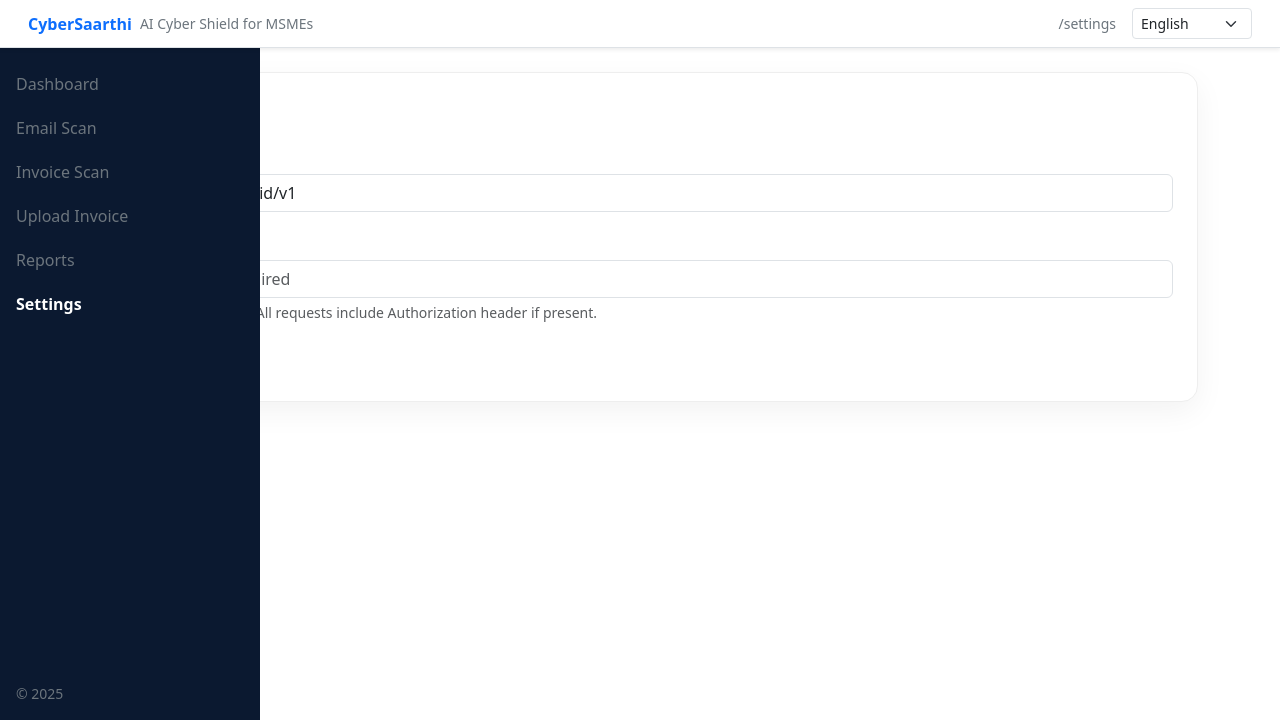
Repository: riyaaaa19/CyberSaarthi
Page: /settings (app in frontend/)
These files come from the project's save history. The page is drawn as it stood at one moment and after the next save; the edit follows.
The browser window is 1280 px wide. The pictures show the whole page.
The page's requests for data from a server got no answer. The project was rebuilt for these pictures with package versions that can differ from the ones it lists, and the page was loaded fresh each time. No one was signed in, and anything a server would have sent is missing. Also part of the build but not shown: frontend/vite.config.ts, frontend/src/components/VerdictBadge.tsx, frontend/src/pages/Dashboard.tsx, frontend/src/pages/EmailScan.tsx, frontend/src/pages/InvoiceScan.tsx, frontend/src/pages/UploadInvoice.tsx, frontend/src/pages/Reports.tsx. Imported but missing from the stored project, and not drawn on this page: frontend/src/pages/NotFound.

Above is the page before, as saved 2025-08-20 20:25:58.

### frontend/src/index.tsx
import React from "react";
import ReactDOM from "react-dom/client";
import { BrowserRouter } from "react-router-dom";
import App from "./App";
import "bootstrap/dist/css/bootstrap.min.css";

const root = ReactDOM.createRoot(document.getElementById("root") as HTMLElement);
root.render(
  <React.StrictMode>
    <BrowserRouter>
      <App />
    </BrowserRouter>
  </React.StrictMode>
);

### frontend/src/App.tsx
import { Routes, Route, Navigate } from "react-router-dom";
import Sidebar from "./components/Sidebar";
import Navbar from "./components/Navbar";
import Dashboard from "./pages/Dashboard";
import EmailScan from "./pages/EmailScan";
import InvoiceScan from "./pages/InvoiceScan";
import UploadInvoice from "./pages/UploadInvoice";
import Reports from "./pages/Reports";
import Settings from "./pages/Settings";
import NotFound from "./pages/NotFound";

function Layout({ children }: { children: React.ReactNode }) {
  return (
    <div className="d-flex">
      <Sidebar />
      <div className="content flex-grow-1">
        <Navbar />
        <div className="container-fluid px-0">{children}</div>
      </div>
    </div>
  );
}

export default function App() {
  return (
    <Routes>
      <Route path="/" element={<Navigate to="/dashboard" replace />} />
      <Route path="/dashboard" element={<Layout><Dashboard /></Layout>} />
      <Route path="/scan/email" element={<Layout><EmailScan /></Layout>} />
      <Route path="/scan/invoice" element={<Layout><InvoiceScan /></Layout>} />
      <Route path="/upload/invoice" element={<Layout><UploadInvoice /></Layout>} />
      <Route path="/reports" element={<Layout><Reports /></Layout>} />
      <Route path="/settings" element={<Layout><Settings /></Layout>} />
      <Route path="*" element={<NotFound />} />
    </Routes>
  );
}

### frontend/src/components/Sidebar.tsx
import { NavLink } from "react-router-dom";

const items = [
  { to: "/dashboard", label: "Dashboard" },
  { to: "/scan/email", label: "Email Scan" },
  { to: "/scan/invoice", label: "Invoice Scan" },
  { to: "/upload/invoice", label: "Upload Invoice" },
  { to: "/reports", label: "Reports" },
  { to: "/settings", label: "Settings" },
];

export default function Sidebar() {
  return (
    <aside className="sidebar d-flex flex-column p-3 position-fixed" style={{ width: 260, background: "#0b1930", minHeight: "100vh" }}>
      <div className="text-white fw-bold mb-4">CyberSaarthi</div>
      <nav className="nav flex-column gap-1">
        {items.map((i) => (
          <NavLink
            key={i.to}
            to={i.to}
            className={({ isActive }) =>
              "nav-link px-0 " + (isActive ? "active fw-semibold text-white" : "text-secondary")
            }
          >
            {i.label}
          </NavLink>
        ))}
      </nav>
      <div className="mt-auto small text-secondary">© {new Date().getFullYear()}</div>
    </aside>
  );
}

### frontend/src/components/Navbar.tsx
import { storage } from "../api";
import { useEffect, useState } from "react";
import { useLocation } from "react-router-dom";

export default function Navbar() {
  const [lang, setLang] = useState(storage.getLang());
  const location = useLocation();

  useEffect(() => {
    storage.setLang(lang);
  }, [lang]);

  return (
    <nav className="navbar navbar-expand bg-white px-3 border-bottom shadow-sm">
      <div className="container-fluid">
        <div className="d-flex align-items-center gap-2">
          <span className="fw-bold text-primary">CyberSaarthi</span>
          <span className="text-secondary small">AI Cyber Shield for MSMEs</span>
        </div>
        <div className="ms-auto d-flex align-items-center gap-3">
          <span className="text-secondary small">{location.pathname}</span>
          <select
            className="form-select form-select-sm"
            style={{ width: 120 }}
            value={lang}
            onChange={(e) => setLang(e.target.value)}
          >
            <option value="en">English</option>
            <option value="hi">हिन्दी</option>
          </select>
        </div>
      </div>
    </nav>
  );
}

### frontend/src/pages/Settings.tsx
import React, { useEffect, useState } from "react";
import { getApiKey, getBaseUrl, setApiKey, setBaseUrl } from "../api";

export default function Settings() {
  const [baseUrl, setBase] = useState(getBaseUrl());
  const [apiKey, setKey] = useState(getApiKey());
  const [saved, setSaved] = useState(false);

  useEffect(() => {
    if (saved) {
      const t = setTimeout(() => setSaved(false), 1800);
      return () => clearTimeout(t);
    }
  }, [saved]);

  const onSave = (e: React.FormEvent) => {
    e.preventDefault();
    setBaseUrl(baseUrl);
    setApiKey(apiKey);
    setSaved(true);
  };

  return (
    <div className="container py-4">
      <div className="p-4 bg-white" style={{ borderRadius: 16, border: "1px solid #eee", boxShadow: "0 10px 30px rgba(0,0,0,.05)" }}>
        <h4>Settings</h4>
        <form className="mt-3" onSubmit={onSave}>
          <div className="mb-3">
            <label className="form-label">Backend Base URL</label>
            <input className="form-control" value={baseUrl} onChange={(e)=>setBase(e.target.value)} placeholder="http://localhost:8000" />
          </div>
          <div className="mb-3">
            <label className="form-label">API Key (Bearer)</label>
            <input className="form-control" value={apiKey} onChange={(e)=>setKey(e.target.value)} placeholder="Paste token if required" />
            <div className="form-text">Saved to localStorage. All requests include Authorization header if present.</div>
          </div>
          <button className="btn btn-primary">Save Settings</button>
          {saved && <span className="ms-3 text-success">Saved ✓</span>}
        </form>
      </div>
    </div>
  );
}

### frontend/src/api.ts
import axios from "axios";

export type Verdict = "SAFE" | "SUSPICIOUS" | "MALICIOUS";

export type ScanResponse = {
  verdict: Verdict;
  score: number;
  explanation: string;
  lang: string;
};

export type HistoryItem = {
  id: number;
  scan_type: string;
  verdict: Verdict;
  score: number;
  explanation: string;
  created_at: string;
};

export type HistoryPage = {
  items: HistoryItem[];
  total: number;
  limit: number;
  offset: number;
};

const LS_KEYS = {
  BASE_URL: "cs.base_url",
  API_KEY: "cs.api_key",
  LANG: "cs.lang",
} as const;

export function getLang() {
  return localStorage.getItem(LS_KEYS.LANG) || "en";
}
export function setLang(lang: string) {
  localStorage.setItem(LS_KEYS.LANG, lang);
}

export function getBaseUrl(): string {
  const env = process.env.REACT_APP_API_URL || "";
  const ls = localStorage.getItem(LS_KEYS.BASE_URL) || "";
  const base = (ls || env || "http://localhost:8000").replace(/\/+$/, "");
  return base + "/v1";
}
export function setBaseUrl(url: string) {
  localStorage.setItem(LS_KEYS.BASE_URL, url);
  api.defaults.baseURL = getBaseUrl();
}

export function getApiKey(): string {
  return localStorage.getItem(LS_KEYS.API_KEY) || "";
}
export function setApiKey(key: string) {
  localStorage.setItem(LS_KEYS.API_KEY, key);
}

const api = axios.create({
  baseURL: getBaseUrl(),
  timeout: 20000,
});

api.interceptors.request.use((config) => {
  const key = getApiKey();
  if (key) config.headers["X-API-KEY"] = key;
  return config;
});

// Endpoints
export const endpoints = {
  scanEmail: (email_text: string, lang: string = getLang()) =>
    api.post<ScanResponse>("/scan/email", { email_text, lang }),

  scanInvoiceText: (invoice_text: string, lang: string = getLang()) =>
    api.post<ScanResponse>("/scan/invoice", { invoice_text, lang }),

  uploadInvoice: (file: File) => {
    const form = new FormData();
    form.append("file", file);
    return api.post<ScanResponse>("/scan/invoice/upload", form, {
      headers: { "Content-Type": "multipart/form-data" },
    });
  },

  history: (limit = 50, offset = 0) =>
    api.get<HistoryPage>("/reports/history", { params: { limit, offset } }),
};

export const storage = { LS_KEYS, getBaseUrl, setBaseUrl, getApiKey, setApiKey, getLang, setLang };
export default api;

Loaded but not shown: frontend/public/index.html (common file)

After the next save:
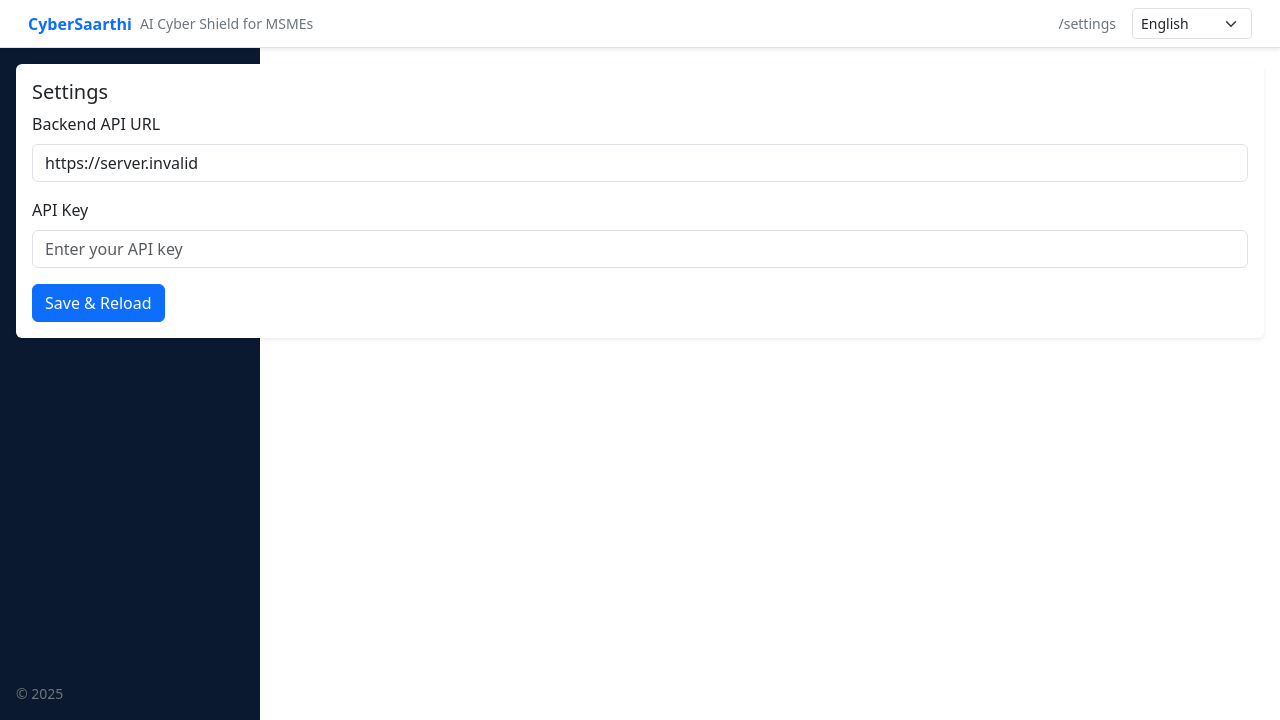
Saved 14 s later.
--- a/frontend/src/pages/Settings.tsx
+++ b/frontend/src/pages/Settings.tsx
@@ -1,42 +1,46 @@
-import React, { useEffect, useState } from "react";
-import { getApiKey, getBaseUrl, setApiKey, setBaseUrl } from "../api";
+import { useState } from "react";
+import { storage } from "../api";
 
 export default function Settings() {
-  const [baseUrl, setBase] = useState(getBaseUrl());
-  const [apiKey, setKey] = useState(getApiKey());
-  const [saved, setSaved] = useState(false);
+  const [url, setUrl] = useState(storage.getBaseUrl().replace(/\/v1$/, ""));
+  const [key, setKey] = useState(storage.getApiKey());
 
-  useEffect(() => {
-    if (saved) {
-      const t = setTimeout(() => setSaved(false), 1800);
-      return () => clearTimeout(t);
-    }
-  }, [saved]);
-
-  const onSave = (e: React.FormEvent) => {
-    e.preventDefault();
-    setBaseUrl(baseUrl);
-    setApiKey(apiKey);
-    setSaved(true);
+  const handleSave = () => {
+    storage.setBaseUrl(url);
+    storage.setApiKey(key);
+    alert("Settings saved!");
+    window.location.reload();
   };
 
   return (
-    <div className="container py-4">
-      <div className="p-4 bg-white" style={{ borderRadius: 16, border: "1px solid #eee", boxShadow: "0 10px 30px rgba(0,0,0,.05)" }}>
-        <h4>Settings</h4>
-        <form className="mt-3" onSubmit={onSave}>
+    <div className="p-3">
+      <div className="card shadow-sm border-0">
+        <div className="card-body">
+          <h5>Settings</h5>
           <div className="mb-3">
-            <label className="form-label">Backend Base URL</label>
-            <input className="form-control" value={baseUrl} onChange={(e)=>setBase(e.target.value)} placeholder="http://localhost:8000" />
+            <label className="form-label">Backend API URL</label>
+            <input
+              type="text"
+              className="form-control"
+              value={url}
+              onChange={(e) => setUrl(e.target.value)}
+              placeholder="http://localhost:8000"
+            />
           </div>
           <div className="mb-3">
-            <label className="form-label">API Key (Bearer)</label>
-            <input className="form-control" value={apiKey} onChange={(e)=>setKey(e.target.value)} placeholder="Paste token if required" />
-            <div className="form-text">Saved to localStorage. All requests include Authorization header if present.</div>
+            <label className="form-label">API Key</label>
+            <input
+              type="text"
+              className="form-control"
+              value={key}
+              onChange={(e) => setKey(e.target.value)}
+              placeholder="Enter your API key"
+            />
           </div>
-          <button className="btn btn-primary">Save Settings</button>
-          {saved && <span className="ms-3 text-success">Saved ✓</span>}
-        </form>
+          <button className="btn btn-primary" onClick={handleSave}>
+            Save & Reload
+          </button>
+        </div>
       </div>
     </div>
   );
